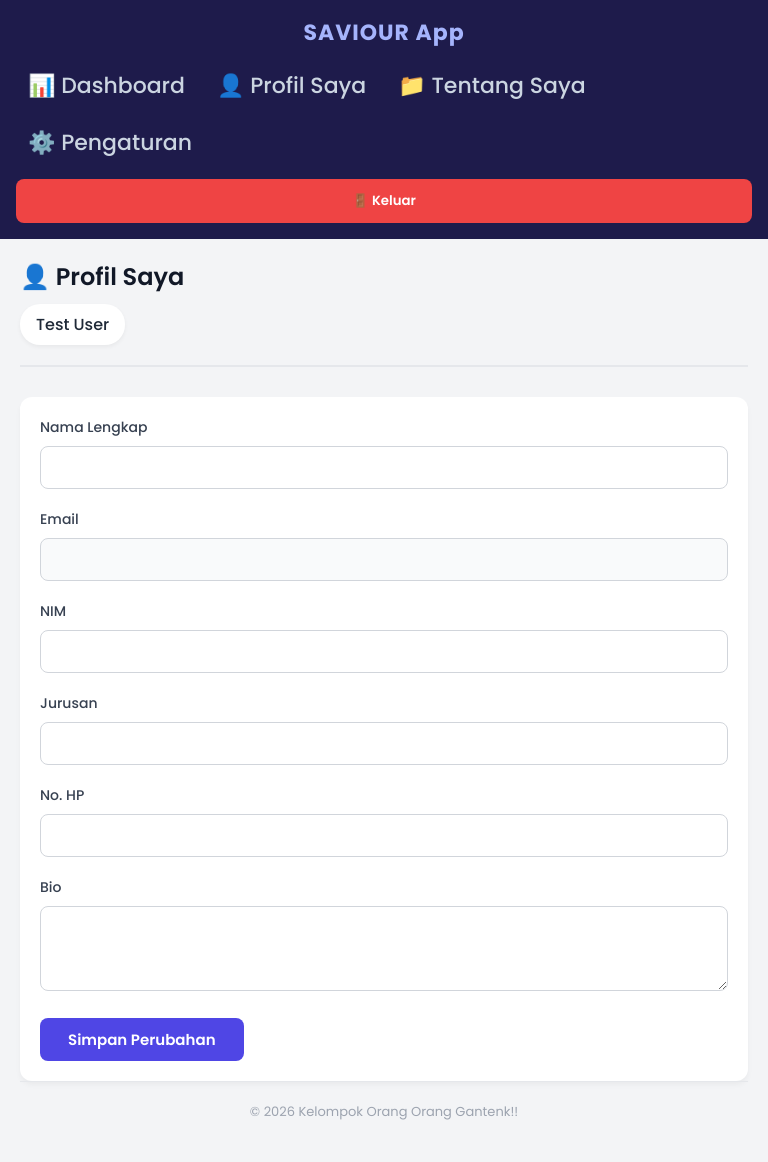
Repository: Risalagustian5/kelompok-rsr
Page: resources/views/Profile.blade.php
The author's editor kept a copy of each file at every save. The page is drawn from the files as they stood at one save, then again after a run of saves.
The browser window is 768 px wide. The pictures show the whole page.
The page is served by the project's Laravel application, run on PHP 8.4 with Laravel 12. A made-up administrator, Test User (test@example.com), is signed in. The template is opened directly, without the code that normally fills it, so the values that code supplies are empty.

Above is the page before, as saved 2026-07-05 15:50:59.

After the next 2 saves:
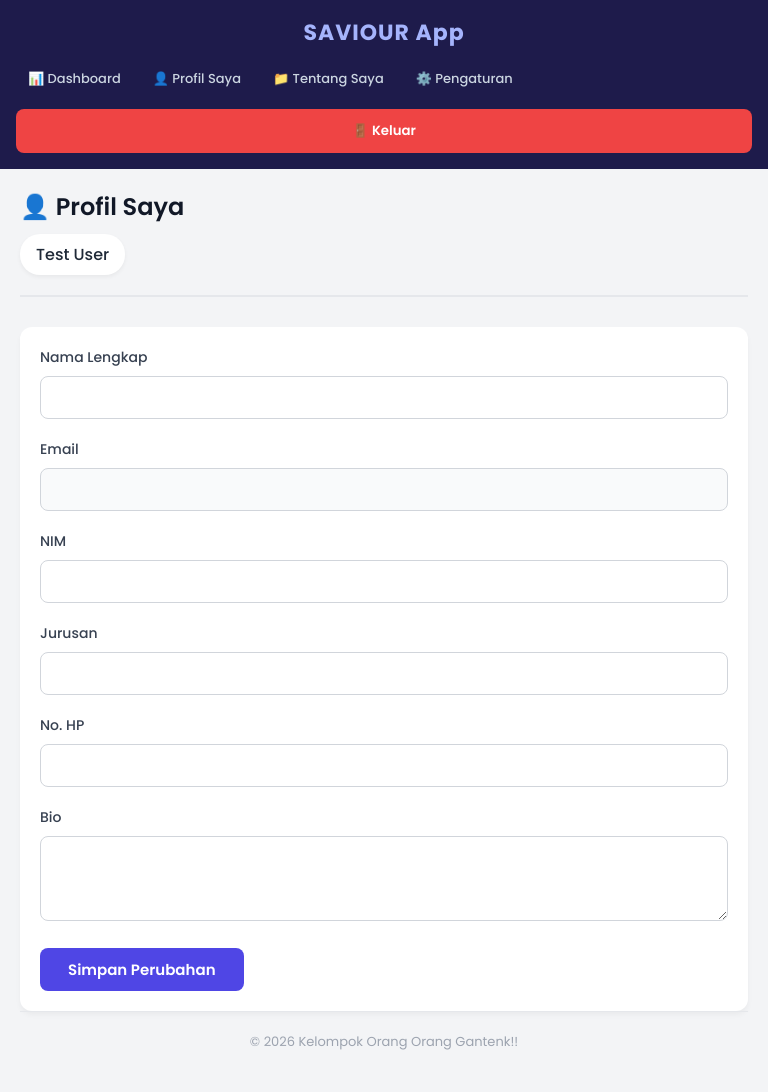
The 2 saves are shown as one change because they came seconds apart.
The last was saved 36 min 29 s later.
--- a/public/css/Profile.css
+++ b/public/css/Profile.css
@@ -50,48 +50,13 @@ body {
 }
 
 .sidebar-menu li a {
-    display: flex;
-    align-items: center;
-    gap: 10px;
+    display: block;
     padding: 12px 16px;
     color: #cbd5e1;
     text-decoration: none;
     font-weight: 500;
     border-radius: 8px;
     transition: all 0.3s ease;
-    font-size: 14px;
-    position: relative;
-    overflow: hidden;
-}
-
-/* Animasi sapuan warna saat hover/klik menu sidebar */
-.sidebar-menu li a::before {
-    content: "";
-    position: absolute;
-    left: -100%;
-    top: 0;
-    width: 100%;
-    height: 100%;
-    background: rgba(79, 70, 229, 0.25);
-    transition: left 0.4s ease;
-    z-index: 0;
-    border-radius: 8px;
-}
-
-.sidebar-menu li a:hover::before,
-.sidebar-menu li.active a::before {
-    left: 0;
-}
-
-.sidebar-menu li a span,
-.sidebar-menu li a .menu-icon {
-    position: relative;
-    z-index: 1;
-    transition: transform 0.3s ease;
-}
-
-.sidebar-menu li a:hover .menu-icon {
-    transform: rotate(15deg) scale(1.1);
 }
 
 .sidebar-menu li a:hover,
@@ -110,23 +75,6 @@ body {
     font-weight: 600;
     cursor: pointer;
     transition: background 0.3s ease;
-    position: relative;
-    overflow: hidden;
-}
-
-.btn-logout::after {
-    content: "";
-    position: absolute;
-    top: 0;
-    left: -100%;
-    width: 100%;
-    height: 100%;
-    background: rgba(255,255,255,0.2);
-    transition: left 0.3s ease;
-}
-
-.btn-logout:hover::after {
-    left: 0;
 }
 
 .btn-logout:hover {
@@ -141,18 +89,6 @@ body {
     min-height: 100vh;
     display: flex;
     flex-direction: column;
-    animation: fadeInUp 0.6s ease;
-}
-
-@keyframes fadeInUp {
-    from {
-        opacity: 0;
-        transform: translateY(20px);
-    }
-    to {
-        opacity: 1;
-        transform: translateY(0);
-    }
 }
 
 .content-header {
@@ -185,12 +121,6 @@ body {
     box-shadow: 0 4px 6px -1px rgba(0,0,0,0.05);
     max-width: 600px;
     width: 100%;
-    animation: fadeInUp 0.7s ease;
-    transition: box-shadow 0.3s ease;
-}
-
-.profile-card:hover {
-    box-shadow: 0 10px 20px -5px rgba(79, 70, 229, 0.2);
 }
 
 .form-group {
@@ -213,14 +143,14 @@ body {
     border-radius: 8px;
     font-size: 14px;
     font-family: 'Poppins', sans-serif;
-    transition: border-color 0.25s ease, box-shadow 0.25s ease;
+    transition: border-color 0.2s;
 }
 
 .form-group input:focus,
 .form-group textarea:focus {
     outline: none;
     border-color: #4f46e5;
-    box-shadow: 0 0 0 3px rgba(79, 70, 229, 0.15);
+    box-shadow: 0 0 0 3px rgba(79, 70, 229, 0.1);
 }
 
 .form-group input:disabled {
@@ -238,33 +168,11 @@ body {
     font-size: 15px;
     font-weight: 600;
     cursor: pointer;
-    transition: all 0.25s ease;
-    position: relative;
-    overflow: hidden;
-}
-
-.btn-save::after {
-    content: "";
-    position: absolute;
-    top: 0;
-    left: -100%;
-    width: 100%;
-    height: 100%;
-    background: rgba(255,255,255,0.25);
-    transition: left 0.3s ease;
-}
-
-.btn-save:hover::after {
-    left: 0;
+    transition: background 0.3s;
 }
 
 .btn-save:hover {
     background-color: #4338ca;
-    transform: translateY(-2px);
-}
-
-.btn-save:active {
-    transform: scale(0.96);
 }
 
 /* ALERT */
@@ -275,7 +183,6 @@ body {
     border-radius: 8px;
     margin-bottom: 20px;
     font-size: 14px;
-    animation: fadeInUp 0.4s ease;
 }
 
 .alert-error {
@@ -285,7 +192,6 @@ body {
     border-radius: 8px;
     margin-bottom: 20px;
     font-size: 14px;
-    animation: fadeInUp 0.4s ease;
 }
 
 /* FOOTER */
@@ -326,7 +232,7 @@ body {
 
     .sidebar-menu li a {
         padding: 8px 12px;
-        font-size: 22px;
+        font-size: 13px;
     }
 
     .dashboard-wrapper {
